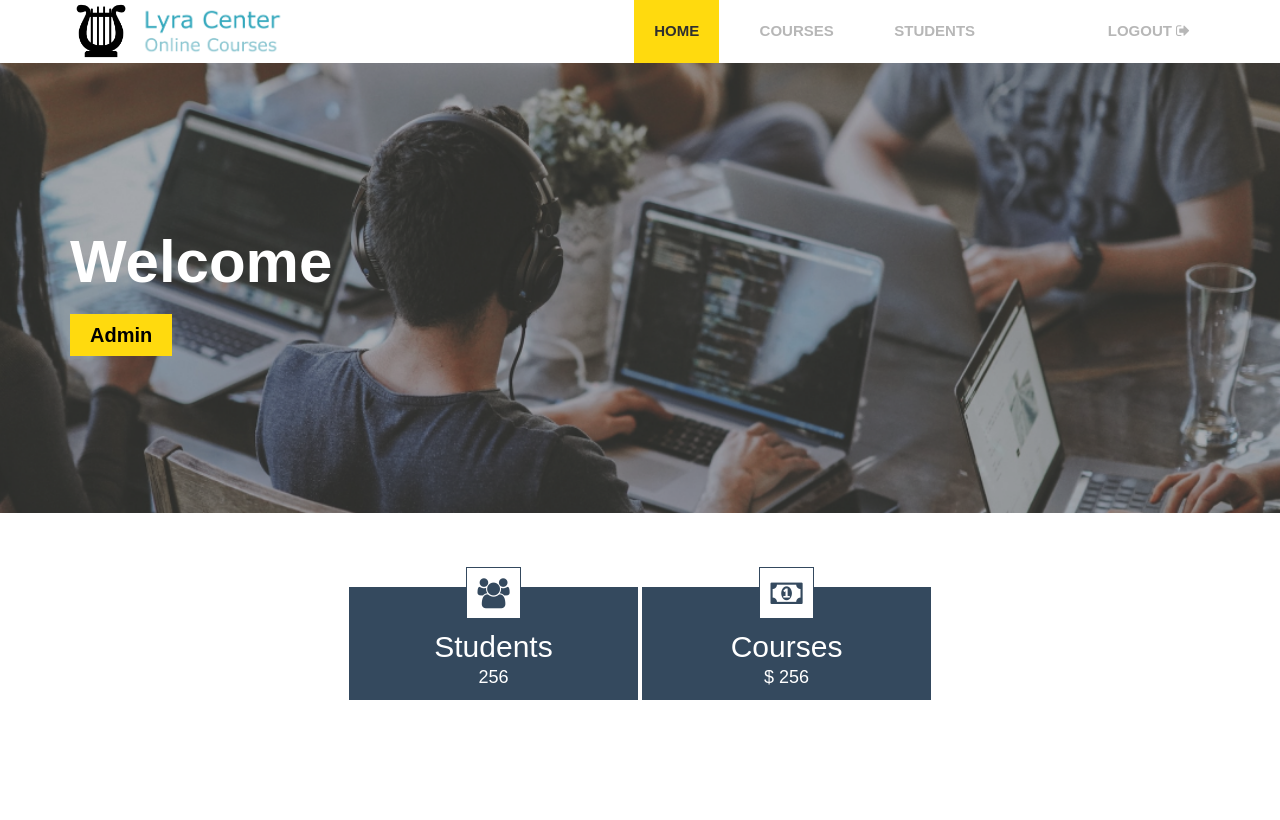
Repository: jersmaecrz/lyra-center
Page: aHome.html
The author's editor kept a copy of each file at every save. The page is drawn from the files as they stood at one save, then again after the next save.
The browser window is 1280 px wide. The pictures show the whole page.
Some web fonts or font styles are not loaded; a fallback is used.

Above is the page before, as saved 2022-12-03 21:51:02.

### aHome.html
<!DOCTYPE html>
<html lang="zxx">

<head>
    <link rel="icon" href="img/lyre.png">
    <meta charset="UTF-8">
    <meta name="description" content="Anime Template">
    <meta name="keywords" content="Anime, unica, creative, html">
    <meta name="viewport" content="width=device-width, initial-scale=1.0">
    <meta http-equiv="X-UA-Compatible" content="ie=edge">
    <title>Lyra | Home</title>
    <link rel="stylesheet" href="css/admin-home-style.css" type="text/css">

    <!-- Google Font -->
    <link href="https://fonts.googleapis.com/css2?family=Mulish:wght@300;400;500;600;700;800;900&display=swap"
    rel="stylesheet">

    <link rel="preconnect" href="https://fonts.googleapis.com">
    <link rel="preconnect" href="https://fonts.gstatic.com" crossorigin>
    <link href="https://fonts.googleapis.com/css2?family=Open+Sans:wght@700&display=swap" rel="stylesheet">

    <!-- Css Styles -->
    <link rel="stylesheet" href="css/bootstrap.min.css" type="text/css">
    <link rel="stylesheet" href="css/font-awesome.min.css" type="text/css">
    <link rel="stylesheet" href="css/elegant-icons.css" type="text/css">
    <link rel="stylesheet" href="css/plyr.css" type="text/css">
    <link rel="stylesheet" href="css/nice-select.css" type="text/css">
    <link rel="stylesheet" href="css/owl.carousel.min.css" type="text/css">
    <link rel="stylesheet" href="css/slicknav.min.css" type="text/css">
    <link rel="stylesheet" href="css/style.css" type="text/css">
</head>

<body>
    <!-- Page Preloder -->
    <div id="preloder">
        <div class="loader"></div>
    </div>

    <!-- Header Section Begin -->
    <header class="header">
        <div class="container">
            <div class="row">
                <div class="col-lg-5">
                    <div class="header__logo">
                        <a href="./index.html">
                            <img src="img/lyre.png" alt="" width=62px>
                            <img src="img/lyra.png" alt="" width=150px>
                        </a>
                    </div>
                </div>
                <div class="col-lg-7">
                    <div class="header__nav">
                        <nav class="header__menu mobile-menu">
                            <ul>
                                <li class="active"><a href="./index.html">HOME</a></li>
                                <li ><a href="./courses.html">COURSES</a></li>
                                <li ><a href="./signup.html">STUDENTS</a></li>
                                <li class="right"><a href="./signup.html">LOGOUT <i class="fa fa-sign-out" aria-hidden="true"></i></a></li>


                            </ul>
                        </nav>
                    </div>
                </div>

            </div>
            <div id="mobile-menu-wrap"></div>
        </div>
    </header>
    <!-- Header End -->


      <!-- Normal Breadcrumb Begin -->
    <section class="normal-breadcrumb set-bg" data-setbg="img/banner.png">
        <div class="container">
            <div class="row">
                <div class="col-lg-5">
                    <div class="normal__breadcrumb__text">
                        <h2>Welcome</h2>
                        <div class="lemony"><a><span><b>Admin</b></span</a></div>
                    </div>
                </div>
            </div>
        </div>

    </section>
    <!-- Normal Breadcrumb End -->
<br>

<!-- Dashboard -->
<div class="container">
    <div class="row">
            <div class="col-lg-12">
                <div class="main-section normal__breadcrumb__text">
                    <div class="dashboard">
                        <div class="icon-section">
                            <i class="icon fa fa-users" aria-hidden="true"></i><br>
                            <h3>Students</h3>
                            <p>256</p>
                        </div>
                    </div>
                    <div class="dashboard dashbord-green">
                        <div class="icon-section">
                            <i class="icon fa fa-money" aria-hidden="true"></i><br>
                            <h3>Courses</h3>
                            <p>$ 256</p>
                        </div>

                    </div>
            </div>
    </div>
</div>
<br>
<br>
<br>
<br>
<br>

<!-- Footer Section Begin
<footer class="footer">
    <div class="page-up">
        <a href="#" class="scroll"><span class="arrow_carrot-up"></span></a>
    </div>
    <div class="container">
        <div class="row">
            <div class="col-lg-3">
                <div class="footer__logo">
                    <a href="./index.html">
                        <img src="img/mango manga.png" alt="" width=80px>
                        <img src="img/mm.png" alt="" width=110px>
                    </a>
                </div>
            </div>
            <div class="col-lg-6">
                <div class="footer__nav">
                    <ul>
                        <li class="active"><a href="./index.html">HOME</a></li>
                        <li ><a href="./courses.html">COURSES</a></li>
                        <li ><a href="./signup.html">STUDENTS</a></li>

                    </ul>
                </div>
            </div>

          </div>
      </div>
  </footer>
  <!-- Footer Section End -->


<!-- Js Plugins -->
<script src="js/jquery-3.3.1.min.js"></script>
<script src="js/bootstrap.min.js"></script>
<script src="js/player.js"></script>
<script src="js/jquery.nice-select.min.js"></script>
<script src="js/mixitup.min.js"></script>
<script src="js/jquery.slicknav.js"></script>
<script src="js/owl.carousel.min.js"></script>
<script src="js/main.js"></script>


</body>

</html>

### css/admin-home-style.css
.right {
    float: right;

}
.scroll {
    margin-left: -50px;
    margin-top: -50px;
}
.main-section{
	width:80%;
	margin:0 auto;
	text-align: center;
	padding: 0px 5px;
}
.dashboard{
	width:32%;
	display: inline-block;
	background-color:#34495E;
	color:#fff;
	margin-top: 50px;
}
.icon-section i{
	font-size: 30px;
	padding:10px;
	border:1px solid #34495E;
	margin-top:-25px;
	margin-bottom: 10px;
	background-color:#fff;
}
.icon-section h3{
	font-size: 30px;
    color: #fff;
}
.icon-section p{
	margin:0px;
	font-size: 20px;
	padding-bottom: 10px;
}
.icon {
    color: #34495E;
}

Loaded but not shown: css/bootstrap.min.css (library); css/font-awesome.min.css (library); css/plyr.css (library); css/nice-select.css (common file); css/owl.carousel.min.css (library); css/slicknav.min.css (common file); js/jquery-3.3.1.min.js (library); js/bootstrap.min.js (library); js/player.js (library); js/jquery.nice-select.min.js (common file); js/mixitup.min.js (library); js/jquery.slicknav.js (library); js/owl.carousel.min.js (library); js/main.js (101 lines, source omitted); css/elegant-icons.css (1157 lines, source omitted); css/style.css (1159 lines, source omitted)

After the next save:
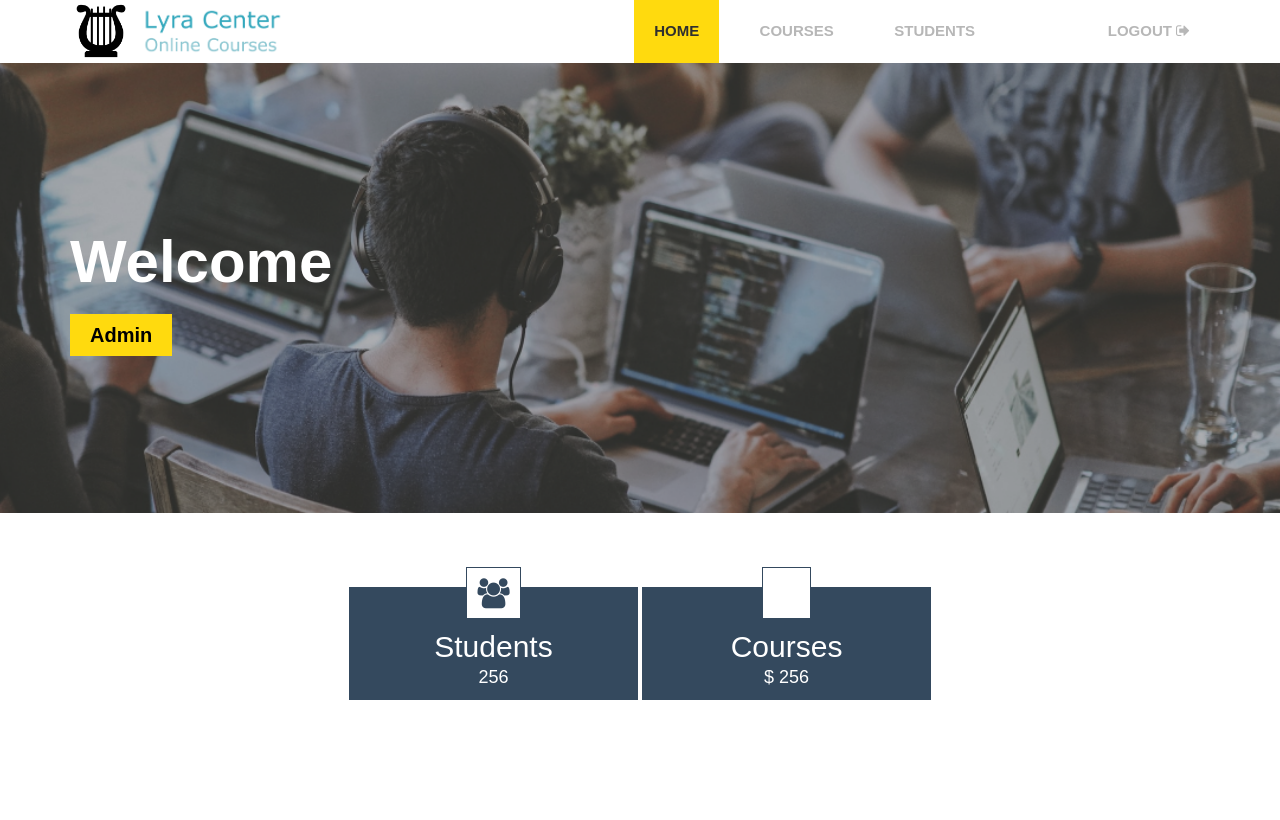
Saved 58 s later.
--- a/aHome.html
+++ b/aHome.html
@@ -101,7 +101,7 @@
                     </div>
                     <div class="dashboard dashbord-green">
                         <div class="icon-section">
-                            <i class="icon fa fa-money" aria-hidden="true"></i><br>
+                            <i class="fa fa-book" aria-hidden="true"></i><br>
                             <h3>Courses</h3>
                             <p>$ 256</p>
                         </div>
